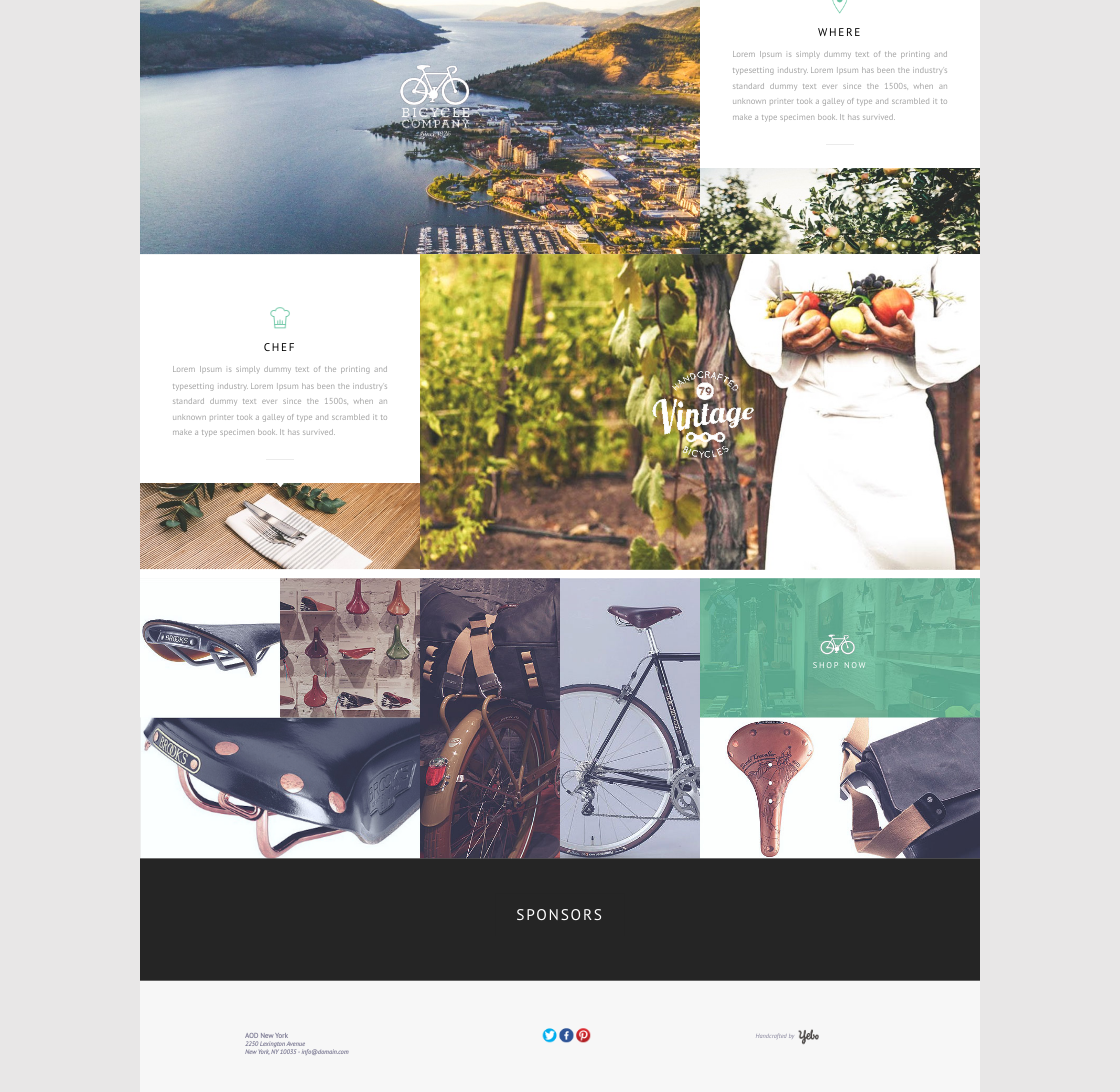
Repository: vancodes/longtable
Page: index.html
These files come from the project's save history. The page is drawn as it stood at one moment and after the next save; the edit follows.
The browser window is 1280 px wide. The page is 1600 px wide, so the pictures cover 1600 px, including what lies to the right of the window. The pictures show the part of the page from y = 1260 to 2820 px (the page is 2820 px tall before and 2720 px after), at 70% of full size.

Above is the page before, as saved 2019-04-08 15:36:46.

### index.html
<!DOCTYPE html>
<html>

<head>
  <meta charset="utf-8">
  <link href="index.css" type="text/css" rel="stylesheet">
  <title>Long table</title>
</head>

<body>
  <div class="wrapper">
    <!--Intro Section-->
    <div class="topbar">
      <h1>
      <ul>
        <li><a href="#">About Us</a></li>
    	   <p>.</p>
        <li><a href="#">Info</a></li>
        <li><a href="#"><img src="assets\logo.png" alt="logo"></a></li>
        <li><a href="https://www.gofundme.com/breast-lung-and-melanoma-cancer">Donate</a></li>
    	   <p>.</p>
        <li><a href="#">Contact</a></li>
      </ul>
    </h1>
    </div>
    <div class="hero">
      <img src="assets/cover.jpg" alt="">
    </div>
    <!--Navigation Section-->
    <div class="main" align="center">
      <div class="first">
        <img src="assets\breast-cancer-icon.png" alt="bike chain">
        <h2>Long table dinner fundraiser</h2>
        <h4>When: TBD Kelowna</h4>
        <h4>Where: TBD Summer 2019</h4>
        <p>Join us for an long table diner by Chef x. This dinner raise for Shenah Mochenski to get treatment for cancer and rheumatoid arthritis at the TrueNorth Health Center</p>
        <div class="email-container">
            <button>Join us</button>
          </div>
      </div>
      <!--Image Section-->
      <div class="bike-images">
        <div class="first-container">
          <div class="first-left">
            <div id="bike-logo">
              <img src="assets/bike.png" alt="bike logo">
            </div>
            <div id="logo">
              <img src="assets/bicycle-company-logo.png" alt="company logo">
            </div>
            <div id="vintage-left">
              <img src="assets\bike-1.jpg" alt="bike handle">
            </div>
          </div>
          <div class="first-right">
            <div class="location">
              <img src="assets\location-icon.png" alt="frame icon">
            </div>
            <div id="vintage-text">
              <h3>WHERE</h3>
              <p>Lorem Ipsum is simply dummy text of the printing and typesetting industry. Lorem Ipsum has been the industry's standard dummy text ever since the 1500s, when an unknown printer took a galley of type and scrambled it to make a type specimen
                book. It has survived.</p>
            </div>
            <div class="divider-line"></div>
            <div id="first-vintage-seat">
              <img img src="assets\seat.jpg" alt="bike seat">
            </div>
            <div class="arrow-down"></div>
          </div>
        </div>
        <div class="second-container">
          <div class="second-left">
            <div class="chef">
              <img src="assets\chef-icon.png" alt="chef icon">
            </div>
            <div id="vintage-text">
              <h3>CHEF</h3>
              <p>Lorem Ipsum is simply dummy text of the printing and typesetting industry. Lorem Ipsum has been the industry's standard dummy text ever since the 1500s, when an unknown printer took a galley of type and scrambled it to make a type specimen
                book. It has survived.</p>
            </div>
            <div class="divider-line"></div>
            <div id="second-chef">
              <img src="assets\chef-2.jpg" alt="vintage bike seat">
            </div>
            <div class="arrow-down"></div>
          </div>
          <div class="second-right">
            <div id="vintage-logo">
              <img src="assets\vintage-logo.png" alt="vintage bike logo">
            </div>
            <div id="chef">
              <img src="assets\chef.jpg" alt="chef">
            </div>
          </div>
        </div>
        <!--<div class="retro-container">
          <div class="retro-left">
            <div id="retro-logo">
              <img src="assets/bicycle-logo.png" alt="Since 1962 logo">
            </div>
            <div id="retro-bike">
              <img src="assets\bike-rail.jpg" alt="bike rail">
            </div>
          </div>
          <div class="retro-middle">
            <div class="steering">
              <img src="assets\steering-icon.png" alt="steering icon">
            </div>
            <div id="vintage-text">
              <h3>Retro Bike - M. Hulot</h3>
              <p>Lorem Ipsum is simply dummy text of the printing and typesetting industry. Lorem Ipsum has been the industry's standard dummy text ever since the 1500s, when an unknown printer took a galley of type and scrambled it to make a type specimen
                book. It has survived.</p>
            </div>
            <div class="divider-line"></div>
            <div class="arrow-down"></div>
            <div id="retro-rail">
              <img src="assets\mavic.jpg" alt="vintage bike seat">
            </div>
          </div>
          <div class="retro-right">
            <div id="retro-bike-right">
              <img src="assets\bike-2.jpg" alt="retro bike">
            </div>
          </div>
        </div>
      </div>-->
      <!--Social Section-->
      <!--<div class="main" align="center">
        <div class="last">
          <img src="assets\twitter-icon.png" alt="Twitter icon"><br>
          <span>AOD New York @aod</span>
          <span class="twitter-time"> / 35 min</span >
            <p>Lorem ipsum dolor sit amet, consectetur adipiscing elit. Sed ut tellus ac nulla semper rhoncus. Nullam a odio porttitor, dictum turpis vitae, pretium ante amet.</p>
          </div>
      </div>-->
<!--slider-->
    <!--<div class="slider">
      <span class="dotfirst"></span>
          <span class="dot"></span>
          <span class="dot"></span>
        </div>-->
        <!--Photo Collage-->
        <div class="bottom-container">
          <div class="bottom-left">
            <div id="image-one">
              <img src="assets\bottom-image-1.jpg" alt="">
            </div>
            <div id="image-one">
              <img src="assets\bottom-image-2.jpg" alt="">
            </div>
            <div id="brooks-seat">
              <img src="assets\brooks-seat.png" alt="">
            </div>
          </div>
          <div class="bottom-middle">
            <div id="image-three">
              <img src="assets\bottom-image-3.jpg" alt="">
            </div>
            <div id="image-three">
              <img src="assets\bottom-image-4.jpg" alt="">
            </div>
          </div>
          <div class="bottom-right">
            <div id="bottom-bike-logo">
              <img src="assets/bike.png" alt="bike logo">
            </div>
            <div class="bottom-text">
              <p>shop now</p>
            </div>
            <div id="image-five">
              <img src="assets\bottom-image-5.jpg" alt="">
            </div>
            <div id="image-five">
              <img src="assets\bottom-image-6.jpg" alt="">
            </div>
          </div>
        </div>
        <div class="discover-container">
          <div class="discover-text">
            <button>Sponsors</button>
          </div>
        </div>
      </div>
      <div class="main" align="center">
        <div class="footer-container">
          <div class="footer-left">
            <span>AOD New York</span>
            <span class="footer-text">
      <p>2250 Lexington Avenue</p>
      <p>New York, NY 10035 - info@domain.com</p>
      </span >
      </div>
      <div class="footer-middle">
        <img src="assets\twitter.png" alt="twitter icon">
        <img src="assets\facebook.png" alt="facebook icon">
        <img src="assets\pinterest.png" alt="pinterest icon">
      </div>
      <div class="footer-right">
        <span class="footer-right-text">
          <p>Handcrafted by</p>
        </span>
            <img src="assets\yebo-logo.png" alt="yebo logo">
          </div>
        </div>
      </div>
      <!--end-->
    </div>
</body>
</html>

### index.css
/* http://meyerweb.com/eric/tools/css/reset/
   v2.0 | 20110126
   License: none (public domain)
*/

html, body, div, span, applet, object, iframe, h1, h2, h3, h4, h5, h6, p, blockquote, pre, a, abbr, acronym, address, big, cite, code, del, dfn, em, img, ins, kbd, q, s, samp, small, strike, strong, sub, sup, tt, var, b, u, i, center, dl, dt, dd, ol, ul, li, fieldset, form, label, legend, table, caption, tbody, tfoot, thead, tr, th, td, article, aside, canvas, details, embed, figure, figcaption, footer, header, hgroup, menu, nav, output, ruby, section, summary, time, mark, audio, video {
  margin: 0;
  padding: 0;
  border: 0;
  font-size: 100%;
  font: inherit;
  vertical-align: baseline;
}

/* HTML5 display-role reset for older browsers */

article, aside, details, figcaption, figure, footer, header, hgroup, menu, nav, section {
  display: block;
}

body {
  line-height: 1;
}

ol, ul {
  list-style: none;
}

blockquote, q {
  quotes: none;
}

blockquote:before, blockquote:after, q:before, q:after {
  content: '';
  content: none;
}

table {
  border-collapse: collapse;
  border-spacing: 0;
}

/*  fonts */

@font-face {
  font-family: PtSansWebBold;
  src: url(font/pt_sans-web-bold.ttf);
}

@font-face {
  font-family: PtSansWebBoldItalic;
  src: url(font/pt_sans-web-bolditalic.ttf);
}

@font-face {
  font-family: PtSansWebItalic;
  src: url(font/pt_sans-web-italic.ttf);
}

@font-face {
  font-family: PtSansWebRegular;
  src: url(font/pt_sans-web-regular.ttf);
}

body {
  font-family: PtSansWebRegular;
}

h1 {
  font-family: PtSansWebBold;
  font-size: 12px;
  text-transform: uppercase;
  letter-spacing: 2px;
}

h2 {
  font-family: PtSansWebBold;
  letter-spacing: 2.5px;
  text-transform: uppercase;
  text-align: center;
  line-height: 2.5em;
}

h3 {
  font-family: PtSansWebBold;
  letter-spacing: 2.5px;
  text-transform: uppercase;
  text-align: center;
  font-size: 12px;
  line-height: 2.5em;
}

h3 {
  font-family: PtSansWebRegular;
  letter-spacing: 2.5px;
  text-transform: uppercase;
  text-align: center;
  line-height: 2.5em;
  font-size: 16px;
}

h4 {
  font-family: PtSansWebRegular;
  font-size: 13px;
  text-transform: uppercase;
  letter-spacing: 2px;
  line-height: 2.1em;
}


p {
  font-family: PtSansWebRegular;
  font-size: 12px;
  color: #838199;
  text-align: center;
  line-height: 1.8em;
}

.bike-images p {
  font-family: PtSansWebRegular;
  font-size: 12.5px;
  color: #a5a5a5;
  text-align: justify;
  line-height: 1.8em;
}

.last span {
  font-family: PtSansWebBold;
  display: inline;
  font-size: 12px;
  text-align: center;
  line-height: 2.8em;
  letter-spacing: 1.5px;
}

.last .twitter-time {
  font-family: PtSansWebRegular;
  font-size: 12px;
  text-align: center;
  letter-spacing: 1.5px;
  color: #b2b1bd;
  padding-left: 6px;
}

.last p {
  font-family: PtSansWebItalic;
  font-size: 14px;
  color: #838199;
  text-align: center;
  line-height: 1.8em;
  padding: 0 55px;
}

.bottom-text p {
  font-family: PtSansWebRegular;
  letter-spacing: 2.5px;
  text-transform: uppercase;
  text-align: center;
  line-height: 2.5em;
  font-size: 12px;
  color: #fff;
}

.saddle-text p {
  font-family: PtSansWebItalic;
  font-size: 16px;
  text-align: center;
  letter-spacing: 0.5px;
  color: #838199;
  padding-left: 6px;
  margin-bottom: 20px;
}

/*  wrapper */

.wrapper {
  padding: 0 200px;
  width: 1200px;
  margin: 0 auto;
  background-color: #e8e7e7;
}

/* intro section */

.hero img {
  width: 100%;
}

.topbar {
  position: absolute;
  padding: 0px 317px;
  margin-top: 23px;
}

.topbar ul {
  width: 590px;
  margin: 0 auto;
}

.topbar li {
  display: inline-block;
  padding: 0 20px;
  float: left;
  position: relative;
  top: 52px;
  transform: translateY(-50%);
}

.topbar li a {
  text-decoration: none;
  color: #4D4B56;
}

.topbar li a img {
  width: 75px;
}

.hero img {
  vertical-align: bottom;
  width: 100%;
  padding-top: 150px;
  background-color: #F7F7F7
}

.topbar li a:hover {
  text-decoration: none;
  color: #ff000069;
}

.topbar p {
  padding: 0 20px;
  float: left;
  position: relative;
  top: 52px;
  transform: translateY(-50%);
  font-family: PtSansWebBold;
}

/* navigation section */

.main {
  background-color: #F7F7F7
}

.first {
  color: #4D4B56;
  padding: 80px 150px 80px 150px;
  max-width: 736px;
}

.first img {
  padding: 0px 46px;
}

/* bike images */

img {
  padding: 0;
  margin: 0;
}

.bike-images {
  background-color: #FFFF;
  position: relative;
}

.first-container {
  vertical-align: bottom;
  display: table;
}

.first-left {
  width: 800px;
  display: table-cell;
  vertical-align: bottom;
}

.first-right {
  display: table-cell;
  vertical-align: bottom;
  width: 400px;
}

#first-vintage-seat img {
  width: 400px;
  height: 123px;
  float: left;
}

#bike-logo img {
  width: 100px;
  position: absolute;
  margin-top: 179px;
  transform: translatex(-29%);
}

#logo img {
  width: 100px;
  position: absolute;
  margin-top: 240px;
  transform: translateX(-26%);
}

#vintage-left img {
  float: left;
  margin: auto;
  width: 800px;
}

.location img {
  width: 30px;
  margin-bottom: 5px;
}

#vintage-text {
  height: 162px;
  margin-bottom: 18px;
  overflow: hidden;
}

#vintage-text p {
  padding: 0px 46px;
}

.divider-line {
  height: 1px;
  background-color: #e2e2e2;
  margin: 0px 180px 33px;
}

.arrow-down {
  width: 0px;
  height: 0px;
  border-left: 5px solid transparent;
  border-right: 5px solid transparent;
  border-top: 6px solid #FFFF;
  position: absolute;
  transform: translateX(1955%);
}

.second-container {
  vertical-align: bottom;
  display: table;
}

#second-chef img {
  width: 400px;
  height: 123px;
  float: left;
  margin-bottom: -1.6px;
}

.second-left {
  width: 333px;
  display: table-cell;
  vertical-align: bottom;
}

.chef img {
  width: 30px;
  margin-bottom: 5px;
}

#chef img {
  float: right;
  width: 800px;
  vertical-align: bottom;
  margin-bottom: -2px;
}

.second-right {
  display: table-cell;
  vertical-align: bottom;
  width: 656px;
}

#vintage-logo img {
  width: 145px;
  position: absolute;
  margin-top: 167px;
  transform: translateX(-47%);
}

.retro-container {
  vertical-align: bottom;
  display: table;
}

.retro-left {
  display: table-cell;
  vertical-align: bottom;
  width: 333px;
}

.retro-middle {
  width: 400px;
  display: table-cell;
  vertical-align: bottom;
}

.retro-right {
  display: table-cell;
  vertical-align: bottom;
  width: 400px;
}

#retro-logo img {
  width: 160px;
  position: absolute;
  margin-top: 197px;
  transform: translateX(-50%);
}

#retro-bike img {
  float: right;
  width: 400px;
  vertical-align: bottom;
}

#retro-bike-right img {
  float: right;
  width: 400px;
  vertical-align: bottom;
}

.steering img {
  height: 30px;
  margin-bottom: 5px;
}

#retro-rail img {
  width: 400px;
  height: 123px;
  vertical-align: bottom;
}

.bottom-container {
  vertical-align: bottom;
  display: table;
  margin-top: 14px;
}

.bottom-left {
  display: table-cell;
  vertical-align: bottom;
  width: 400px;
}

.bottom-middle {
  display: table-cell;
  vertical-align: bottom;
  width: 400px;
}

.bottom-right {
  display: table-cell;
  vertical-align: bottom;
  width: 400px;
}

#image-one img {
  float: left;
  width: 200px;
  vertical-align: bottom;
  max-height: 199px;
}

#brooks-seat img {
  float: left;
  width: 400px;
  vertical-align: bottom;
}

#image-three img {
  float: left;
  width: 200px;
  vertical-align: bottom;
}

#image-five img {
  float: left;
  width: 400px;
  vertical-align: bottom;
  margin-top: -1px;
}

#bottom-bike-logo img {
  width: 50px;
  position: absolute;
  margin-top: 79px;
  transform: translatex(-57%);
}

.bottom-text {
  position: absolute;
  padding: 0px -4px;
  margin-top: 108px;
  width: 400px;
}

/* twitter-last section */

.last {
  padding: 80px 150px 50px 150px;
  max-width: 736px;
}

.last img {
  width: 25px;
  padding-bottom: 15px;
}

.noBorder {
  border: 0;
}

/* slider */

.dotfirst {
  width: 0.50rem;
  height: 0.50rem;
  background-color: #ADB2B6;
  border-radius: 50%;
  display: inline-block;
}

.dot {
  width: 0.40rem;
  height: 0.40rem;
  border-radius: #ADB2B6;
  background-color: #FFF;
  border-radius: 50%;
  border: 1px solid #ADB2B6;
  display: inline-block;
  -moz-border-radius: 50%;
  -webkit-border-radius: 50
}

.slider {
  color: #4D4B56;
  padding: 0px 0px 30px 0px;
  max-width: 736px;
}

/* last section */

.discover-container {
  background-color: #252525;
  height: 75px;
  padding: 50px 0px;
}

.discover-text button {
  border: none;
  padding: 3px 30px;
  margin: 0 493px;
  font-family: PtSansWebRegular;
  letter-spacing: 2.5px;
  text-transform: uppercase;
  text-align: center;
  line-height: 2.5em;
  font-size: 22px;
  color: #fff;
  background-color: #252525;
}

.discover-text button:hover {
  background-color: #fff;
  color: #252525;
  box-shadow: none;
  transform: none;
  transition: 0.1s ease-in-out;
}

.email-container {
  background-color: #f7f7f7;
  padding: 25px 150px 50px 0px;
}

.email-container img {
  width: 65px;
  padding: 10px 420px;
}

input {
  border: 1px solid #e8e7e7;
  padding: 5px 30px;
  margin: 3px 255px;
  position: absolute;
  padding: 9px 109px 9px 20px;
  font-family: PtSansWebItalic;
  font-size: 14px;
  color: #e8e7e7;
  text-align: center;
  line-height: 1.8em;
  text-align: left;
}

.email-container button {
  margin: 0px;
  position: absolute;
  background-color: #66c4a1;
  padding: 2px 40px;
  font-family: PtSansWebRegular;
  letter-spacing: 2.5px;
  text-transform: uppercase;
  text-align: center;
  line-height: 2.5em;
  font-size: 16px;
  color: #fff;
}

.email-container button:hover {
  background-color: #fff;
  color: #66c4a1;
  box-shadow: none;
  transform: none;
  transition: 0.1s ease-in-out;
}

.footer-container {
  background-color: #f7f7f7;
  padding: 50px 150px;
  display: table
}

.footer-left {
  display: table-cell;
  width: 400px;
  text-align: left;
}

.footer-left span {
  font-size: 10px;
  color: #838199;
  font-weight: bold;
}

.footer-text p {
  font-family: PtSansWebItalic;
  font-size: 9px;
  color: #838199;
  line-height: 1.4em;
  text-align: left;
}

.footer-middle {
  display: table-cell;
  width: 400px;
  transform: translateX(33%);
  vertical-align: middle;
}

.footer-middle img {
  width: 20px;
}

.footer-right {
  width: 400px;
}

.footer-right-text p {
  font-family: PtSansWebItalic;
  font-size: 9px;
  color: #838199;
  line-height: 1.4em;
  margin-top: 23px;
  width: 60px;
  transform: translateX(95%);
}

.footer-right img {
  width: 30px;
  transform: translateX(300%);
  padding-top: 0px;
  margin-top: -16px;
  position: absolute;
}

After the next save:
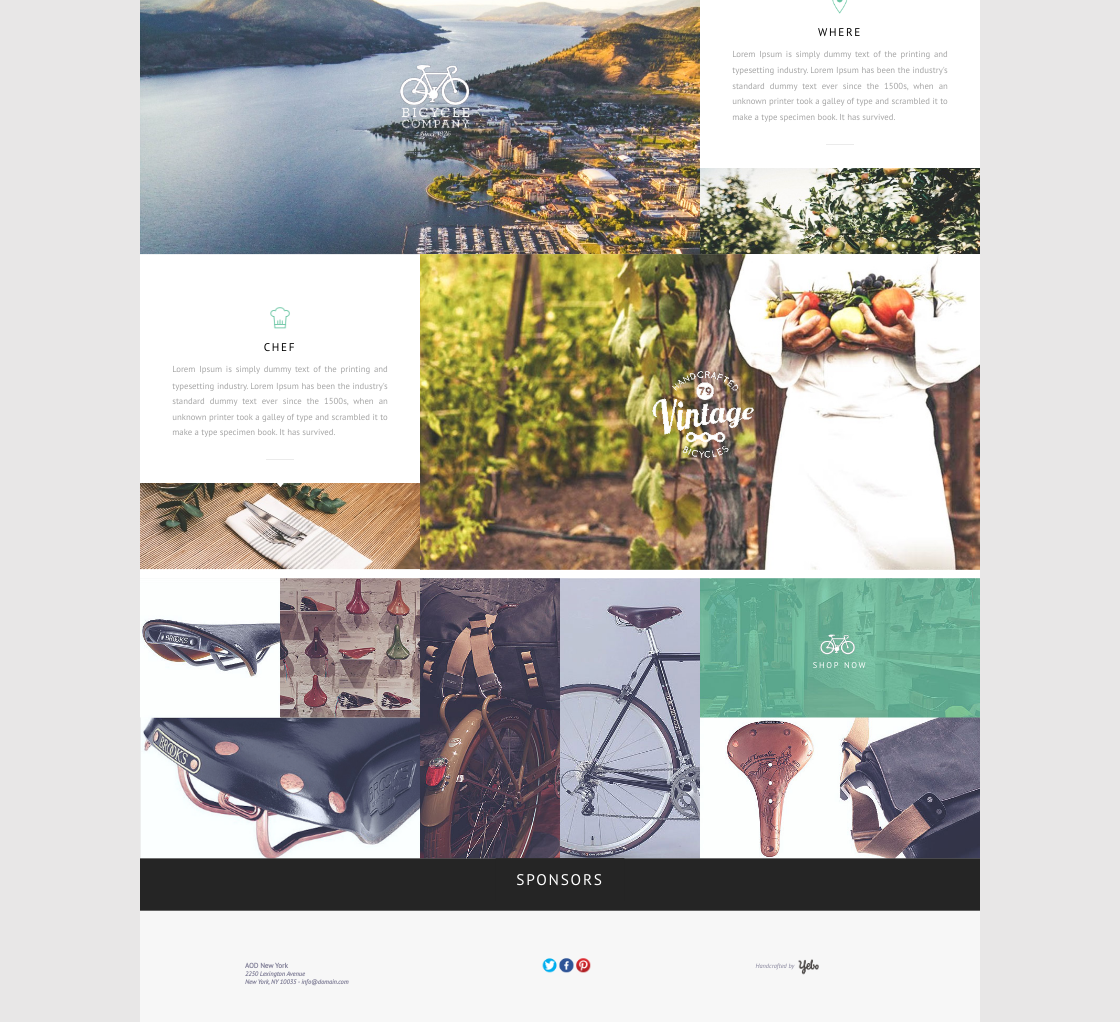
Saved 48 s later.
--- a/index.css
+++ b/index.css
@@ -547,7 +547,7 @@ img {
 .discover-container {
   background-color: #252525;
   height: 75px;
-  padding: 50px 0px;
+  padding-tom: 50px;
 }
 
 .discover-text button {
